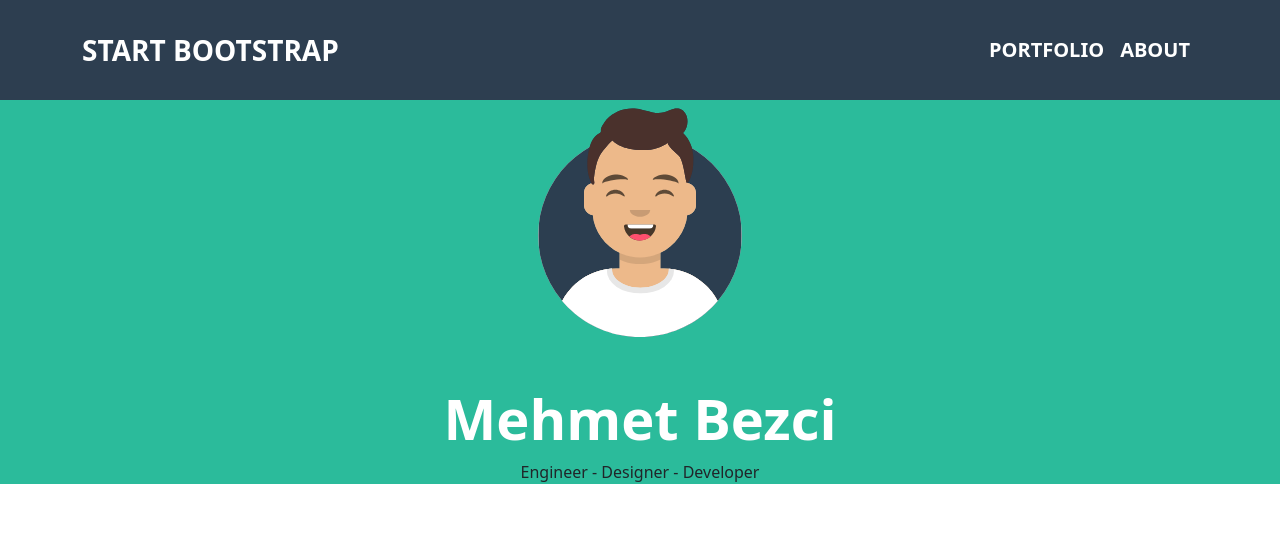
Repository: 7JaxeN7/WT-1255P-Mehmet_BEZC-
Page: index.html
These files come from the project's save history. The page is drawn as it stood at one moment and after the next save; the edit follows.
The browser window is 1280 px wide. The pictures show the whole page.

Above is the page before, as saved 2025-01-06 21:11:13.

### index.html
<!DOCTYPE html>
<html lang="tr">

<head>
  <meta charset="UTF-8">
  <meta name="viewport" content="width=device-width, initial-scale=1.0">
  <link rel="stylesheet" href="style.css">
  <link href="https://cdn.jsdelivr.net/npm/bootstrap@5.3.3/dist/css/bootstrap.min.css" rel="stylesheet"
    integrity="sha384-QWTKZyjpPEjISv5WaRU9OFeRpok6YctnYmDr5pNlyT2bRjXh0JMhjY6hW+ALEwIH" crossorigin="anonymous">
  <title>Start Bootstrap</title>
</head>

<body>
  <!-- Navbar -->
  <header>
    <nav class="navbar navbar-expand-lg navbar-bg">
      <div class="container pt-3 pb-3">
        <a class="navbar-brand text-white fw-bolder fs-3" href="#">START BOOTSTRAP</a>
        <button class="navbar-toggler" type="button" data-bs-toggle="collapse" data-bs-target="#navbarNav"
          aria-controls="navbarNav" aria-expanded="false" aria-label="Toggle navigation">
          <span class="navbar-toggler-icon"></span>
        </button>
        <div class="collapse navbar-collapse" id="navbarNav">
          <ul class="navbar-nav ms-auto">
            <li class="nav-item">
              <a class="nav-link text-white fw-bolder fs-5" href="#">PORTFOLIO</a>
            </li>
            <li class="nav-item">
              <a class="nav-link text-white fw-bolder fs-5" href="#">ABOUT</a>
            </li>
          </ul>
        </div>
      </div>
    </nav>
  </header>
  <!-- Herosection -->
   <div class="herosection-bg">
    <div class="container text-center">
      <img src="/assets/img/avataaars.svg" width="20%"/>
    <h1 class="mt-5 text-white fw-bolder display-4">Mehmet Bezci</h1>
    <p>Engineer - Designer - Developer</p>
    </div>
   </div>
  <!-- Burası bootstrap script kısmı -->
  <script src="https://cdn.jsdelivr.net/npm/bootstrap@5.3.3/dist/js/bootstrap.bundle.min.js"
    integrity="sha384-YvpcrYf0tY3lHB60NNkmXc5s9fDVZLESaAA55NDzOxhy9GkcIdslK1eN7N6jIeHz"
    crossorigin="anonymous"></script>
</body>

</html>

### style.css
.navbar-bg {
  background-color: #2d3e50 !important;
}
.herosection-bg{
    background-color: #2bbb9b ;
}

After the next save:
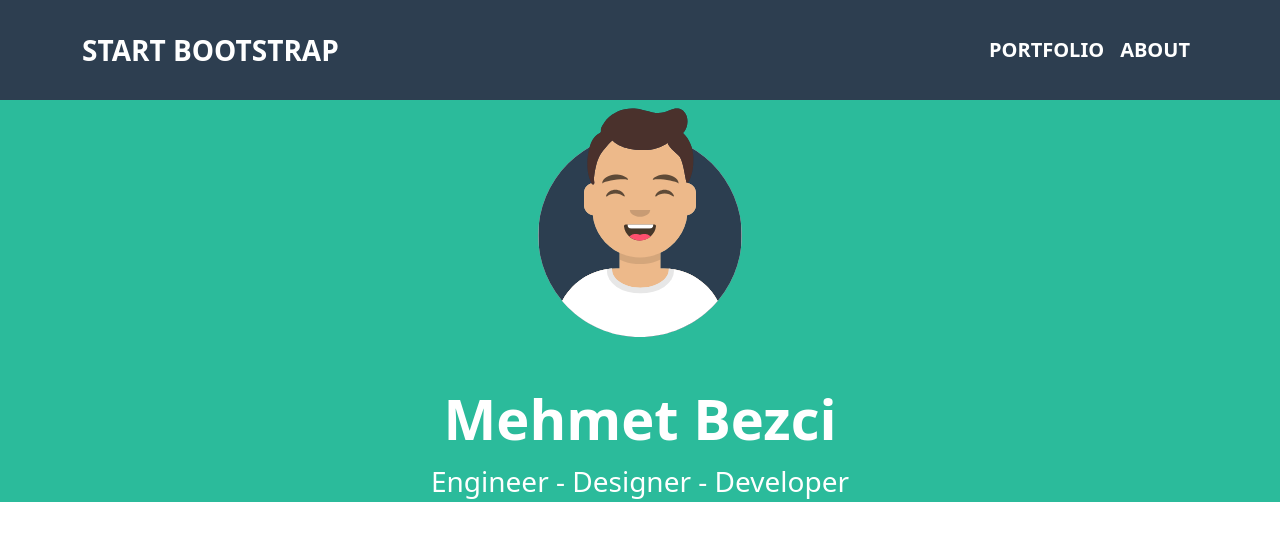
Saved 27 s later.
--- a/index.html
+++ b/index.html
@@ -38,7 +38,7 @@
     <div class="container text-center">
       <img src="/assets/img/avataaars.svg" width="20%"/>
     <h1 class="mt-5 text-white fw-bolder display-4">Mehmet Bezci</h1>
-    <p>Engineer - Designer - Developer</p>
+    <p class="text-white fs-3">Engineer - Designer - Developer</p>
     </div>
    </div>
   <!-- Burası bootstrap script kısmı -->
